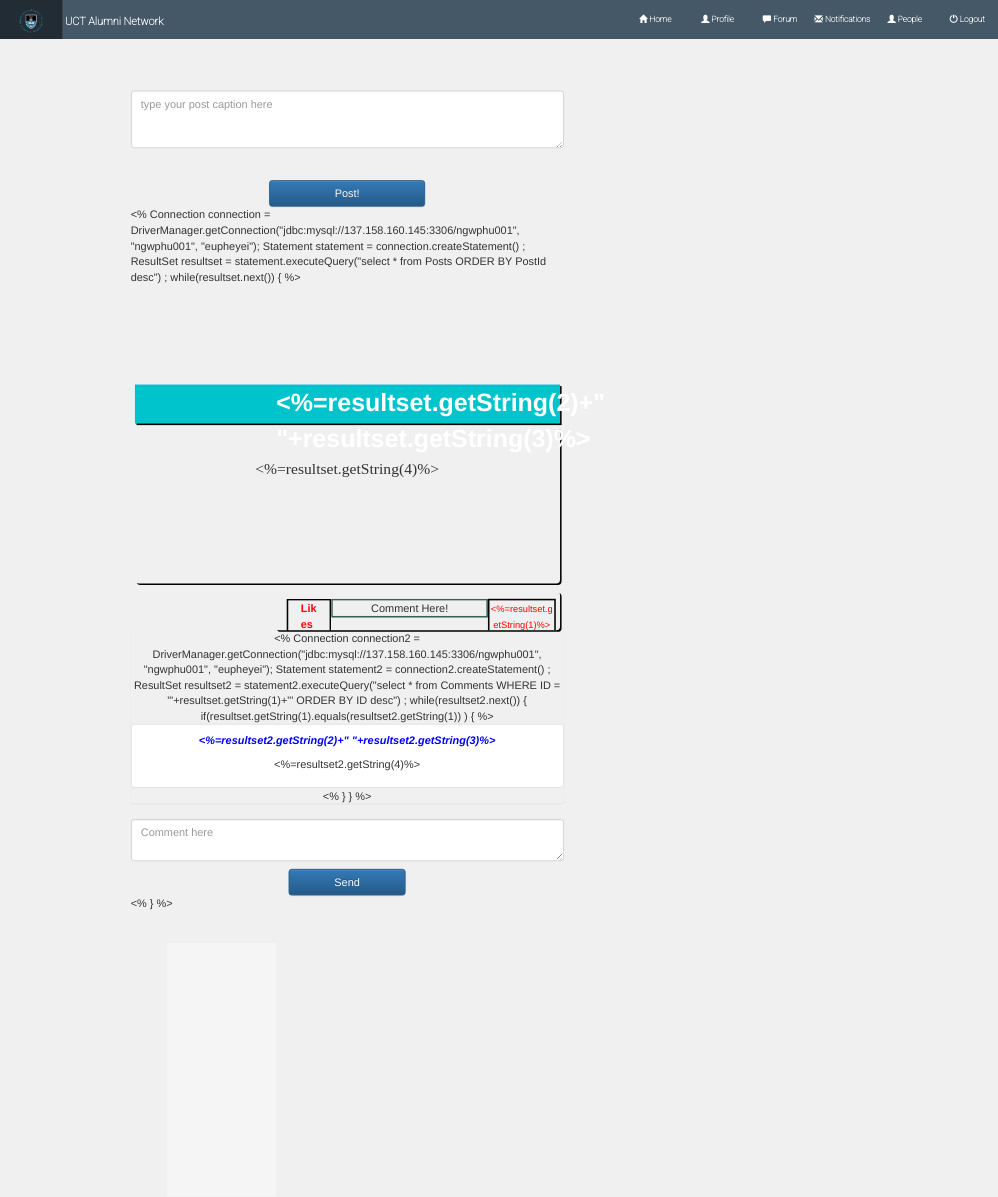
Repository: lorna-k/Workspace
Page: Alumni/Alumni-2/WebContent/feed.html
These files come from the project's save history. The page is drawn as it stood at one moment and after the next save; the edit follows.
The browser window is 1280 px wide. The pictures show the whole page, at 78% of full size.
Pictures or frames that could not be fetched are drawn as grey boxes. Some web fonts or font styles are not loaded; a fallback is used. Some web libraries are served in a nearby version.

Above is the page before, as saved 2016-09-13 18:19:42.

After the next save:
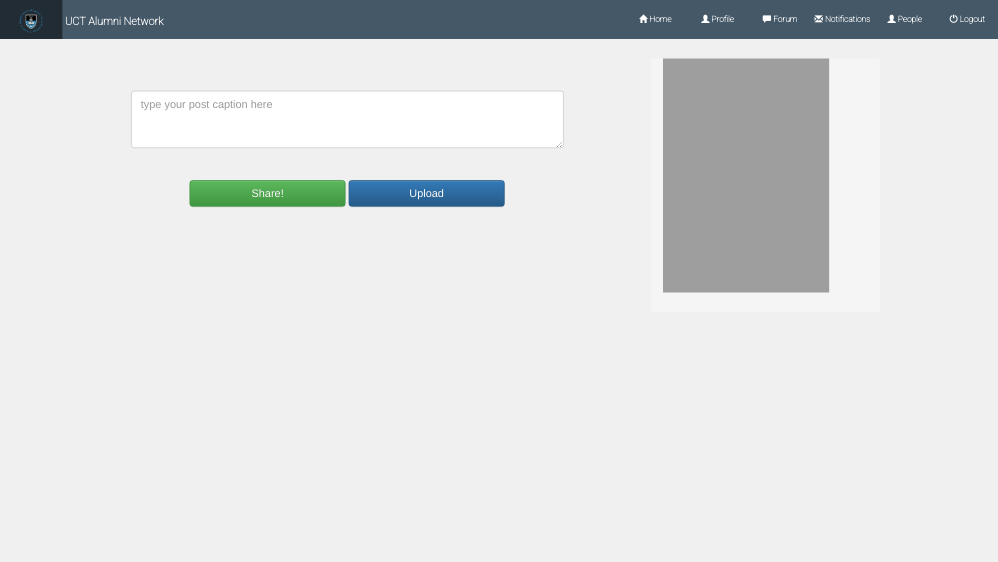
Saved 2 min 9 s later.
--- a/Alumni/Alumni-2/WebContent/feed.html
+++ b/Alumni/Alumni-2/WebContent/feed.html
@@ -69,107 +69,31 @@
 
 
 
-				<!-- |||||||||||||||||||||||||||||||||||||||||||||||||| This is the post uplad section ||||||||||||||||||||||||||||||||||||||||||||||||||-->
+				<!-- |||||||||||||||||||||||||||||||||||||||||||||||||| This is the post upload section ||||||||||||||||||||||||||||||||||||||||||||||||||-->
+
+				<hr/>
+
+				<div>
+					<div id="text_area"  >
+						<textarea class="form-control" id="txt_area" placeholder="type your post caption here" rows="3"   ></textarea>
+					</div>
 
 					<hr/>
+					<div  id="upload_buttons" align="center">
 
-					<div>
-						<form method="post" action="../Post" >
+							<button type="button" class="btn btn-success" id="post" style="width:200px;">Share!</button>
+							<label class="btn btn-primary btn-file" style="width:200px;" id="file_button">
+								Upload <input type="file"  id="uploadID" style="display: none;">
+							</label>
 
-								<textarea class="form-control" id="txt_area" name="caption" placeholder="type your post caption here" rows="3"   ></textarea>
+							<!-- <input type="file" /> -->
+							<span class='label label-info' id="info"></span>
 
-
-							<hr/>
-
-							<div  id="upload_buttons" align="center">
-
-									<button type="submit" class="btn btn-primary" name="post" value="posting" style="width:200px;">Post!</button>
-									<!-- <label class="btn btn-primary btn-file" style="width:200px;" id="file_button">
-										Upload <input type="file" name="photo" id="uploadID" onchange="changed()" style="display: none;">
-									</label>
-							         -->
-
-							</div>
-
-							<div>
-
-								<%
-
-								Connection connection = DriverManager.getConnection("jdbc:mysql://137.158.160.145:3306/ngwphu001", "ngwphu001", "eupheyei");
-
-						        Statement statement = connection.createStatement() ;
-								ResultSet resultset =  statement.executeQuery("select * from Posts ORDER BY PostId desc") ;
-
-
-								while(resultset.next())
-								{
-								%>
-
-								 <!-- Name heading label of the post owner -->
-								 <div   id="pic_name" >
-								     <div align="center"  class="col-m-offset-4 col-xs-offset-4  name" >
-								     	<%=resultset.getString(2)+" "+resultset.getString(3)%>
-								     </div>
-								 </div>
-
-
-								<!-- Post message -->
-								<div  align="center" class="message_frame "  >
-									<p ><%=resultset.getString(4)%></p>
-								</div>
-								<div align="center" class="col-md-offset-4 col-xs-offset-4 comment" >
-									<div  class="likes col-md-2 col-xs-4" style="border:2px solid black;"><strong style="color:red; margin-right: 5px;">Likes</strong><%=resultset.getString(6)%></div>
-									<div  class="col-md-7 col-xs-5 comments" style="border:2px solid #346257;">Comment Here!</div>
-									<div  style="border:2px solid black" class="col-md-offset-9 col-xs-offset-9"  > <small style="color:red;"><%=resultset.getString(1)%></small></div>
-								</div>
-
-
-							    <div   align="center" "comment-base animated zoomIn" >
-
-
-									<ol class="list-group ">
-
-											<%
-
-											Connection connection2 = DriverManager.getConnection("jdbc:mysql://137.158.160.145:3306/ngwphu001", "ngwphu001", "eupheyei");
-
-									        Statement statement2 = connection2.createStatement() ;
-											ResultSet resultset2 =  statement2.executeQuery("select * from Comments WHERE ID = '"+resultset.getString(1)+"' ORDER BY ID desc") ;
-											while(resultset2.next())
-											{
-												if(resultset.getString(1).equals(resultset2.getString(1)) )
-												{
-													%>
-													<li class="list-group-item" >
-														<div align="center">
-															<p><strong><i style="color:blue"><%=resultset2.getString(2)+" "+resultset2.getString(3)%></i></strong></p>
-															<p><%=resultset2.getString(4)%></p>
-
-														</div>
-													</li>
-													<%
-												}
-											 }
-											%>
-
-									</ol>
-										<!-- <input style="margin-bottom:10px" placeholder="Sender" class="form-control" name="userName"  /> -->
-										<textarea style="margin-bottom:10px" placeholder="Comment here" rows="2" class="form-control" name="<%=resultset.getString(1)%>"></textarea>
-										<button type="submit" name="sendComment" value="<%=resultset.getString(1)%>" class="btn btn-primary" style="width:150px">Send</button>
-								</div>
-
-
-								<%
-								}
-								%>
-
-							</div>
-
-						</form>
 					</div>
-					<hr/>
-
-					<!--||||||||||||||||||||||||||||||||||||||||||||||||||  Closing the post upload setion ||||||||||||||||||||||||||||||||||||||||||||||||||-->
+				</div>
+				<hr/>
+				</div>
+				<!--||||||||||||||||||||||||||||||||||||||||||||||||||  Closing the post upload setion ||||||||||||||||||||||||||||||||||||||||||||||||||-->
 
 
 
@@ -187,6 +111,5 @@
 		</div>
 	</div>
 	<script>!function(d,s,id){var js,fjs=d.getElementsByTagName(s)[0],p=/^http:/.test(d.location)?'http':'https';if(!d.getElementById(id)){js=d.createElement(s);js.id=id;js.src=p+"://platform.twitter.com/widgets.js";fjs.parentNode.insertBefore(js,fjs);}}(document,"script","twitter-wjs");</script>
-
 </body>
 </html>
